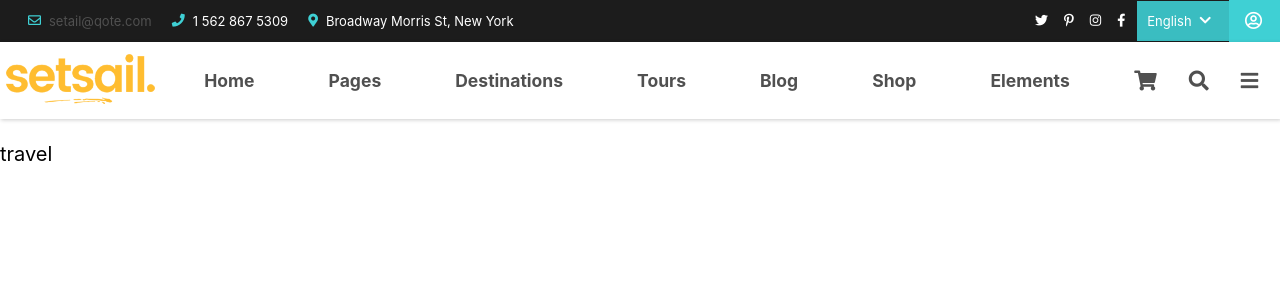
Repository: Hunga9k50doker/Setail
Page: /
These files come from the project's save history. The page is drawn as it stood at one moment and after the next save; the edit follows.
The browser window is 1280 px wide. The pictures show the whole page.
The project was rebuilt for these pictures with package versions that can differ from the ones it lists, and the page was loaded fresh each time. Also part of the build but not shown: src/views/home/exoticDestinations/exotic.js, src/views/home/winterHoliday/winter.js, src/views/pages/aboutUs/about.js, src/views/pages/ourTeam/ourTeam.js, src/views/pages/whatWeOffer/offer.js, src/views/destinations/destinationsItem/item.js, src/views/destinations/destinationsList/list.js, src/views/destinations/destinationsSlider/slider.js and 27 more.

Above is the page before, as saved 2021-10-22 13:44:54.

### public/index.html
<!DOCTYPE html>
<html lang="en">

<head>
  <meta charset="utf-8" />
  <link rel="icon" href="%PUBLIC_URL%/favicon.ico" />
  <meta name="viewport" content="width=device-width, initial-scale=1" />
  <meta name="theme-color" content="#000000" />
  <meta name="description" content="Web site created using create-react-app" />
  <link rel="stylesheet" href="./font/fontawesome-free-5.15.3-web/css/all.min.css">
  <link rel="apple-touch-icon" href="%PUBLIC_URL%/logo192.png" />
  <!--
      manifest.json provides metadata used when your web app is installed on a
      user's mobile device or desktop. See https://developers.google.com/web/fundamentals/web-app-manifest/
    -->
  <link rel="manifest" href="%PUBLIC_URL%/manifest.json" />
  <!--
      Notice the use of %PUBLIC_URL% in the tags above.
      It will be replaced with the URL of the `public` folder during the build.
      Only files inside the `public` folder can be referenced from the HTML.

      Unlike "/favicon.ico" or "favicon.ico", "%PUBLIC_URL%/favicon.ico" will
      work correctly both with client-side routing and a non-root public URL.
      Learn how to configure a non-root public URL by running `npm run build`.
    -->
  <title>React App</title>
</head>

<body>
  <noscript>You need to enable JavaScript to run this app.</noscript>
  <div id="root">

  </div>
  <script type="text/babel">
  </script>
  <!--
      This HTML file is a template.
      If you open it directly in the browser, you will see an empty page.

      You can add webfonts, meta tags, or analytics to this file.
      The build step will place the bundled scripts into the <body> tag.

      To begin the development, run `npm start` or `yarn start`.
      To create a production bundle, use `npm run build` or `yarn build`.
    -->
</body>

</html>

### src/index.js
import React from "react";
import ReactDOM from "react-dom";
import App from "./views/App.js";
import reportWebVitals from "./reportWebVitals";
import "./styles/global.scss";
// import socialNetworks from '../src/components/socialNetworks'

ReactDOM.render(
  <React.StrictMode>
    <App />
  </React.StrictMode>,
  document.getElementById("root")
);

// If you want to start measuring performance in your app, pass a function
// to log results (for example: reportWebVitals(console.log))
// or send to an analytics endpoint. Learn more: https://bit.ly/CRA-vitals
reportWebVitals();

### src/views/App.js
import "./App.scss";
import NavOnTop from "../components/NavOnTop/NavOnTop";
import Nav from "../components/Navigation/Nav";
import { BrowserRouter as Router, Switch, Route } from "react-router-dom";

import HomeExotic from "./home/exoticDestinations/exotic";
import HomeTravel from "./home/travelAgency/travel";
import HomeWinter from "./home/winterHoliday/winter";

import  AboutUs from "./pages/aboutUs/about";
import  OurTeam from "./pages/ourTeam/ourTeam";
import  WhatWeOffer from "./pages/whatWeOffer/offer";

import Item from "./destinations/destinationsItem/item";
import List from "./destinations/destinationsList/list";
import Slider from "./destinations/destinationsSlider/slider";

import Gallery from "./tours/galleryList/gallery";
import Standard from "./tours/standardList/standard";
import Split from "./tours/splitList/split";

import Masonry from "./blog/masonry/masonry";
import BlogGallery from "./blog/postType/gallery";
import BlogLink from "./blog/postType/link";
import BlogStandard from "./blog/postType/standard";
import LeftStandard from "./blog/standard/leftStandard";
import RightStandard from "./blog/standard/rightStandard";
import WithoutStandard from "./blog/standard/withoutStandard";

import ShopList from "./shop/productList/list";
import ShopSingle from "./shop/productSingle/single";
import FourColumns from "./shop/shopLayout/fourColumns";
import ThreeColumns from "./shop/shopLayout/threeColumns";
import FullWidth from "./shop/shopLayout/fullWidth";

import Accordions from "./elements/classic/accordions";
import Buttons from "./elements/classic/buttons";
import Tabs from "./elements/classic/tabs";
import Carousel from "./elements/featured/carousel";
import Filter from "./elements/featured/filter";
import TourList from "./elements/featured/tourList";
import ElementShop from "./elements/presentation/shop";
import ElementBlog from "./elements/presentation/blog";
import ElementsTeam from "./elements/presentation/team";
import TypographyHeadings from "./elements/typography/columns";
import TypographyColumns from "./elements/typography/headings";
import TypographySectionTitle from "./elements/typography/sectionTitle";


function App() {
  return (
    <Router>
      <div className="App">
        <NavOnTop />
        <Nav />
      </div>
      <Switch>
        {/*=================== Home================== */}

        <Route path="/" exact>
          <HomeTravel />
        </Route>
        <Route path="/home/winter-holidays">
          <HomeWinter />
        </Route>
        <Route path="/home/exotic-destinations">
          <HomeExotic />
        </Route>

        {/*=================== Pages================== */}
        <Route path="/pages/about-us">
          <AboutUs />
        </Route>
        <Route path="/pages/our-team">
          <OurTeam />
        </Route>
        <Route path="/pages/what-we-offer">
          <WhatWeOffer />
        </Route>

        {/*=================== Destinations================== */}
        <Route path="/destinations/list">
          <List />
        </Route>
        <Route path="/destinations/slider">
          <Slider />
        </Route>
        <Route path="/destinations/item">
          <Item />
        </Route>

        {/*=================== Tours================== */}
        <Route path="/tours/gallery-list">
          <Gallery />
        </Route>
        <Route path="/tours/standard-list">
          <Standard />
        </Route>
        <Route path="/tours/split-list">
          <Split />
        </Route>

        {/*=================== Blog================== */}
        <Route path="/blog/masonry">
          <Masonry />
        </Route>
        <Route path="/blog/gallery">
          <BlogGallery />
        </Route>
        <Route path="/blog/NavLink">
          <BlogLink />
        </Route>
        <Route path="/blog/standard">
          <BlogStandard />
        </Route>
        <Route path="/blog/right-sidebar">
          <RightStandard />
        </Route>
        <Route path="/blog/left-sidebar">
          <LeftStandard />
        </Route>
        <Route path="/blog/without-sidebar">
          <WithoutStandard />
        </Route>

        {/*=================== Shop================== */}
        <Route path="/shop/product-list">
          <ShopList />
        </Route>
        <Route path="/shop/product-single">
          <ShopSingle />
        </Route>
        <Route path="/shop/three-columns">
          <ThreeColumns />
        </Route>
        <Route path="/shop/four-columns">
          <FourColumns />
        </Route>
        <Route path="/shop/full-width">
          <FullWidth />
        </Route>

        {/*=================== Elements================== */}
        <Route path="/elements/tour-carousel">
          <Carousel />
        </Route>
        <Route path="/elements/tour-list">
          <TourList />
        </Route>
        <Route path="/elements/tour-filter">
          <Filter />
        </Route>
        <Route path="/elements/team">
          <ElementsTeam />
        </Route>
        <Route path="/elements/blog-list">
          <ElementBlog />
        </Route>
        <Route path="/elements/shop-list">
          <ElementShop />
        </Route>
        <Route path="/elements/accordions">
          <Accordions />
        </Route>
        <Route path="/elements/tabs">
          <Tabs />
        </Route>
        <Route path="/elements/buttons">
          <Buttons />
        </Route>
        <Route path="/elements/columns">
          <TypographyColumns />
        </Route>
        <Route path="/elements/headings">
          <TypographyHeadings />
        </Route>
        <Route path="/elements/section-title">
          <TypographySectionTitle />
        </Route>

      </Switch>
    </Router>
  );
}

export default App;

### src/styles/global.scss
@import './variables';

* {
  margin: 0;
  padding: 0;
  box-sizing: border-box;
}

html{
  font-family:"Poppins";
}
body {
  margin: 0;
  font-family: -apple-system, BlinkMacSystemFont, "Segoe UI", "Roboto", "Oxygen",
    "Ubuntu", "Cantarell", "Fira Sans", "Droid Sans", "Helvetica Neue",
    sans-serif;
  -webkit-font-smoothing: antialiased;
  -moz-osx-font-smoothing: grayscale;
}

code {
  font-family: source-code-pro, Menlo, Monaco, Consolas, "Courier New",
    monospace;
}

ul,
li {
  display: inline-block;
  list-style: none;
  padding-left: 0;
}

a {
  text-decoration: none;
  display: inline-block;
  color: #505050;
}

.bridge {
  content: "";
  position: absolute;
  top: -4px;
  left: 50%;
  transform: translate(-50%, 0);
  width: 100%;
  height: 8px;
}

.hover-slide-below {
  content: " ";
  width: 100%;
  height: 4px;
  background: $bg-color--hover;
  position: absolute;
  bottom: -8px;
  left: 0;
  border-radius: 8px;
  transform: scaleX(0);
  transform-origin: center left;
  transition: all 0.3s ease;
}

.active{
  color:$primary-color !important;
}

### src/views/App.scss
.App {
  position: relative;
  text-align: center;
  background: #999;
}

.container{
    margin-top: 100px;
    font-size: 20px;
    color: #000;
}

### src/components/NavOnTop/NavOnTop.js
// import { render } from "@testing-library/react";
import './NavOnTop.scss';
import "../../styles/global.scss";
import { NavLink, Link } from "react-router-dom";

const NavOnTop = () => {
  return (
    <div className="nav__onTop">
      <ul className="nav__onTop-leftInner">
        <li className="nav__onTop-leftInner-item">
          <i className="far fa-envelope"></i>
          <NavLink to='/email' className="nav__onTop-leftInner-item-text">setail@qote.com</NavLink>
        </li>
        <li className="nav__onTop-leftInner-item">
          <i className="fas fa-phone"></i>
          <p className="nav__onTop-leftInner-item-text">1 562 867 5309</p>
        </li>
        <li className="nav__onTop-leftInner-item">
          <i className="fas fa-map-marker-alt"></i>
          <p className="nav__onTop-leftInner-item-text">
            Broadway Morris St, New York
          </p>
        </li>
      </ul>
      <ul className="nav__onTop-rightInner">
        <li className="nav__onTop-rightInner-item nav__onTop-rightInner-item-socialNetwork">
          <i className=" fab fa-twitter"></i>
        </li>
        <li className="nav__onTop-rightInner-item nav__onTop-rightInner-item-socialNetwork">
          <i className=" fab fa-pinterest-p"></i>
        </li>
        <li className="nav__onTop-rightInner-item nav__onTop-rightInner-item-socialNetwork">
          <i className=" fab fa-instagram"></i>
        </li>
        <li className="nav__onTop-rightInner-item nav__onTop-rightInner-item-socialNetwork">
          <i className=" fab fa-facebook-f"></i>
        </li>
        <li className="nav__onTop-rightInner-item nav__onTop-rightInner-item-toggleLang">
            <p>English</p>
            <i className="fas fa-chevron-down"></i>
          <div className="nav__onTop-rightInner-item-langs">
            <a href="#" className="nav__onTop-rightInner-item-lang">
              VietNam
            </a>
            <a href="#" className="nav__onTop-rightInner-item-lang">
              France
            </a>
            <a href="#" className="nav__onTop-rightInner-item-lang">
              German
            </a>
          </div>
        </li>
        <li className="nav__onTop-rightInner-item nav__onTop-rightInner-account">
          <i className="far fa-user-circle"></i>
        </li>
      </ul>
    </div>
  );
};

export default NavOnTop;

### src/views/home/travelAgency/travel.js

import React from 'react';
import '../../App.scss';

const HomeTravel = () => {

        return <div className="container">travel</div>;

}

export default HomeTravel;

### src/styles/_variables.scss


$primary-color:#3fd0d4;
$bg-color--hover:#3abdc1;
$text-color: #505050;
$white-color:#fff;

### src/components/NavOnTop/NavOnTop.scss
@import "../../styles/variables";
@import "../../styles/global";

.nav__onTop {
  display: flex;
  align-items: center;
  justify-content: space-between;
  padding: 0 0 0 18px;
  background: #1c1c1c;
  color: #fff;
  &-leftInner,
  &-rightInner {
    display: flex;
    align-items: center;
    &-item {
      display: flex;
      align-items: center;
      justify-content: center;
      font-size: 13px;
      padding: 0 10px;
      cursor: pointer;
      &:hover {
        color: $primary-color;
      }
      i {
        margin-right: 8px;
      }

      &-langs {
        // display: none;
        transition: all 0.3s ease;
        position: absolute;
        bottom: calc(-100% - 54px);
        left: 0;
        right: 0;
        z-index: 10;
        transform: scaleY(0);
        transform-origin: center top;
      }
      &-lang {
        padding: 6px 10px;
        display: flex;
        align-items: center;
        justify-content: center;
        flex-direction: column;
        background: $primary-color;
        color: #fff;
        &:hover {
          background: $bg-color--hover;
        }
        &:last-child {
          padding-bottom: 12px;
        }

        &:first-child {
          position: relative;
          &:after {
            content: " ";
            position: absolute;
            width: 100%;
            height: 8px;
            top: -4px;
          }
        }
      }
    }

    &-item-socialNetwork {
      padding-left: 4px;
      padding-right: 4px;
    }
    &-item-toggleLang {
      position: relative;
      background: $bg-color--hover;
      display: flex;
      align-items: center;
      height: 100%;
      margin: 0;
      padding: 12px 10px;
      justify-content: space-around;
      p {
        display: inline-block;
        margin-right: 8px;
      }
    }
    &-item-toggleLang:hover .nav__onTop-rightInner-item-langs {
      transform: scaleY(1);
      transform-origin: top center;
      opacity: 1;
    }

    &-account {
      background: $primary-color;
      padding: 12px 10px 12px 16px;
      display: flex;
      align-items: center;
      justify-content: center;
      i {
        display: inline-block;
        font-size: 1.1rem;
      }
      &:hover {
        color: #999;
        background: $bg-color--hover;
      }
    }
  }
  &-leftInner {
    i {
      color: $primary-color;
    }
  }
}

// ============Animation=====================

### src/components/Navigation/Nav.scss
@import "../../styles/variables";
@import "../../styles/global.scss";

.nav {
  position: fixed;
  left: 0;
  right: 0;
  top: 42px;
  z-index: 5;
  transition: all 0.3s ease;
  display: flex;
  align-items: center;
  justify-content: space-around;
  box-shadow: 1px 1px 4px rgba(0, 0, 0, 0.2);
  &__logo {
    cursor: pointer;
    width: 150px;
    height: 50px;
    font-size: 14px;
  }

  // =========================category between===============================
  &__list {
    display: flex;
    align-items: center;
    justify-content: center;
    &-item {
      position: relative;
      transition: all 0.5s ease;
      padding: 28px 37px;
      font-size: 15px;
      cursor: pointer;
      color: $text-color;
      &:hover {
        color: $primary-color;
      }

      &-title {
        position: relative;
        font-weight: 700;

        &:after {
          @extend .hover-slide-below;
        }
        &:hover:after {
          transform: scaleX(1);
          transform-origin: left center;
        }
      }
      &-selections {
        transition: all 0.3s ease;
        text-align: left;
        flex-direction: column;
        position: absolute;
        border-radius: 2px;
        top: 82px;
        left: 0;
        width: calc(150% + 50px);
        box-shadow: 0px 0px 5px rgba(0, 0, 0, 0.2);
        transform: scaleY(0);
        transform-origin: center top;

        &:before {
          @extend .bridge;
        }
      }

      &:hover &-selections {
        transform: scaleY(1);
        transform-origin: top center;
      }
      &-selection {
        position: relative;
        display: block;
        padding: 5px 25px 6px 32px;
        font-size: 15px;
        color: $text-color;
        font-weight: 500;
        p {
          position: relative;
          display: inline-block;
          width: fit-content;
          &:after {
            @extend .hover-slide-below;
            height: 3px;
          }
        }
        &:hover {
          color: $primary-color;

          .sub-menu {
            display: flex;
            transform: scaleX(1);
            transform-origin: left center;
            opacity: 1;
          }
        }
        &:hover p:after {
          transform: scaleX(1);
          transform-origin: left center;
        }
        &:first-child {
          padding-top: 34px;
        }
        &:last-child {
          margin-bottom: 34px;
        }

        .sub-menu {
          position: absolute;
          top: 0;
          z-index: -1;
          left: 100%;
          align-items: flex-start;
          float: left;
          flex-direction: column;
          box-shadow: 1px 1px 4px rgba(0, 0, 0, 0.2);
          width: 100%;
          padding: 28px 0 28px 0;
          transform: scaleX(0);
          opacity: 0;
          transform-origin: center left;
          transition: all 0.3s ease;
          &-item {
            width: 100%;
            padding: 5px 37px 6px 37px;
            color: $text-color;
            a {
              position: relative;
              display: inline-block;
              width: fit-content;
              &:after {
                @extend .hover-slide-below;
                height: 2px;
              }
            }
            &:hover a {
              color: $primary-color;
            }
            &:hover a:after {
              transform: scaleX(1);
              transform-origin: left center;
            }
          }
        }
      }

      &:nth-child(5) &-selection,
      &:nth-child(6) &-selection {
        display: flex;
        align-items: center;
        justify-content: space-between;
      }

      &:nth-child(7) .sub-category {
        display: flex;
        align-items: flex-start;
        flex-direction: column;
        padding: 10px 20px;
        flex: 1;
        &-item {
          position: relative;
          padding: 7px 37px;
          &:first-child {
            text-transform: uppercase;
            color: $primary-color;
            font-size: 12px;
            letter-spacing: 1px;
            font-weight: 700;
            margin-bottom: 16px;
          }
          a {
            position: relative;
            width: fit-content;
            &:after {
              @extend .hover-slide-below;
              height: 3px;
            }
          }

          &:hover a {
            color: $primary-color;
          }

          &:hover a:after {
            transform: scaleX(1);
            transform-origin: left center;
          }
        }
      }
    }

    &-item:nth-child(7) &-item-selections {
      display: flex;
      position: fixed;
      top: 120px;
      left: 0;
      width: 100vw;
      flex-direction: row;
      padding: 37px 50px;
    }

    &-item:focus-within  &-item-title{
        color:$primary-color;
    }
  }

  ///====================================cart, search, category right=======================
  &__innerRight {
    display: flex;
    align-items: center;
    justify-content: center;
    &-item {
      position: relative;
      transition: all 0.5s ease;
      cursor: pointer;
      margin: 0 16px;
      font-size: 20px;
      color: $text-color;
      z-index: 2;
      transform: scale(1);
      &:hover {
        transform: scale(1.2);
        color: $bg-color--hover;
      }
      // ================cart====================
      &-cart {
        position: relative;
        .cart-category {
          position: absolute;
          top: 50px;
          right: 0;
          width: 300px;
          min-height: 300px;
          box-shadow: 1px 1px 4px rgba(0, 0, 0, 0.2);
          text-align: center;
          transform: scaleY(0);
          transform-origin: top left;
          transition: all 0.3s ease;
          border-radius: 4px;
          &::after {
            @extend .bridge;
            height: 50px;
            top: -25px;
          }
          p {
            display: inline-block;
            margin-top: 40px;
            color: $text-color;
          }
          .no-cart-img {
            width: 50%;
            height: 50%;
            display: inline-block;
            margin: auto;
          }
        }
        &:hover .cart-category {
          transform: scaleY(1);
          transform-origin: left top;
        }
      }

      // ==============search================================
    }
    &-item-search {
      // display:none;
      position: relative;
    }
  }

  // ===============modal====================
  .search-modal {
    position: fixed;
    z-index: 15;
    top: 0;
    left: 0;
    right: 0;
    bottom: 0;
    background: rgba($primary-color, 0.7);
    transform: scale(0);
    transition: all 0.3s linear;
    .close {
      position: absolute;
      top: 20px;
      right: 40px;
      font-size: 40px;
      color: #fff;
      cursor: pointer;
      &:hover{
        color: $text-color;
      }
    }

    .form-search{
      display:flex;
      align-items:center;
      justify-content: center;
      position: absolute;
      top: 50%;
      left:50%;
      transform: translate(-50%,-50%);
      width:100%;
      .search-input{
        padding:30px;
        outline: none;
        font-size: 16px;
        border: none;
        min-width:50%;
      }

      .btn-search{
        padding: 30px;
        border: none;
        font-size: 16px;
        text-transform: uppercase;
        background:$primary-color;
        color:$white-color;
        font-weight: 700;
        cursor: pointer;
        &:hover{

          background: $bg-color--hover;
        }
      }
    }
  }
}

Loaded but not shown: src/reportWebVitals.js (common file); public/font/fontawesome-free-5.15.3-web/css/all.min.css (library); src/components/Navigation/Nav.js (303 lines, source omitted)

After the next save:
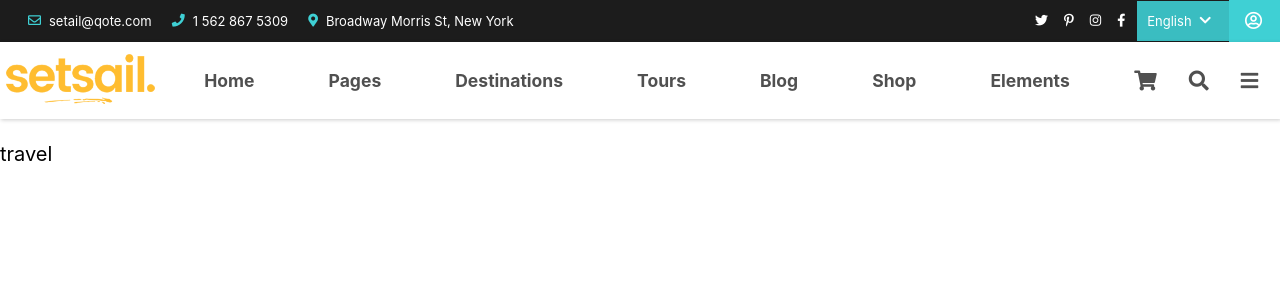
Saved 35 s later.
--- a/src/components/NavOnTop/NavOnTop.js
+++ b/src/components/NavOnTop/NavOnTop.js
@@ -9,7 +9,7 @@ const NavOnTop = () => {
       <ul className="nav__onTop-leftInner">
         <li className="nav__onTop-leftInner-item">
           <i className="far fa-envelope"></i>
-          <NavLink to='/email' className="nav__onTop-leftInner-item-text">setail@qote.com</NavLink>
+          <p to='/email' className="nav__onTop-leftInner-item-text">setail@qote.com</p>
         </li>
         <li className="nav__onTop-leftInner-item">
           <i className="fas fa-phone"></i>
